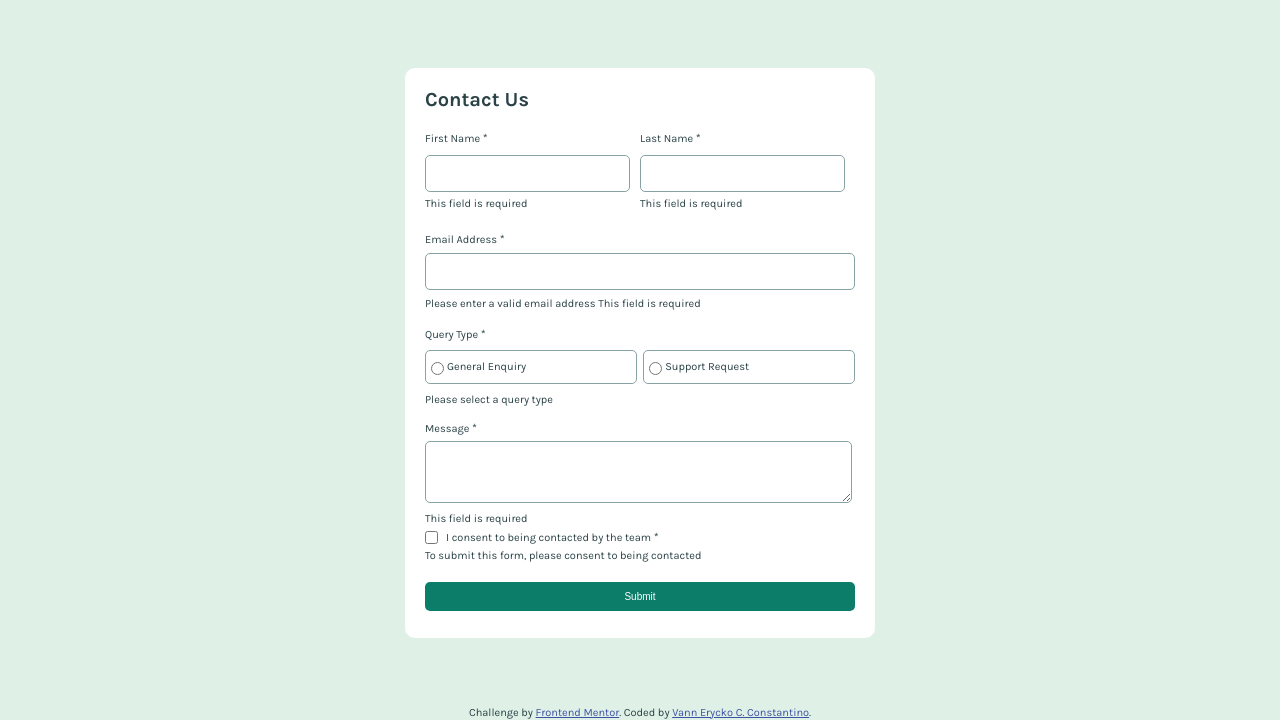
Repository: kocokoy/contact-form
Page: contact-form-main/index.html
These files come from the project's save history. The page is drawn as it stood at one moment and after the next save; the edit follows.
The browser window is 1280 px wide. The pictures show the whole page.

Above is the page before, as saved 2024-10-24 16:03:19.

### contact-form-main/index.html
<!DOCTYPE html>
<html lang="en">
<head>
  <meta charset="UTF-8">
  <meta name="viewport" content="width=device-width, initial-scale=1.0"> <!-- displays site properly based on user's device -->

  <link rel="icon" type="image/png" sizes="32x32" href="./assets/images/favicon-32x32.png">
  <link rel="stylesheet" href="/contact-form-main/styles/style.css">
  <link rel="preconnect" href="https://fonts.googleapis.com">
  <link rel="preconnect" href="https://fonts.gstatic.com" crossorigin>
  <link href="https://fonts.googleapis.com/css2?family=Karla:ital,wght@0,200..800;1,200..800&family=Red+Hat+Text:ital,wght@0,300..700;1,300..700&display=swap" rel="stylesheet">
  <title>Frontend Mentor | Contact form</title>

  <!-- Feel free to remove these styles or customise in your own stylesheet 👍 -->
  <style>
    .attribution { font-size: 11px; text-align: center; }
    .attribution a { color: hsl(228, 45%, 44%); }
  </style>
</head>
<body>
  <div class="container">
    <div class="contact-form-card">
      <h1 class="contact-us-header">
        Contact Us
      </h1>
      <div class="name-section">
        <div class="first-name-section">
          <p>
            First Name
            <span>*</span>
          </p>
          <input type="text" name="" id="">
          <p>
            This field is required
          </p>
        </div>
        <div class="last-name-section">
          <p>
            Last Name
            <span>*</span>
          </p>
          <input type="text" name="" id="">
          <p>
            This field is required
          </p>
        </div>
      </div>
      <div class="email-section">
        <p>Email Address  <span>*</span></p>
        <input type="text">
        <p>Please enter a valid email address
          This field is required</p>
      </div>
      <div class="query-type-section">
        <p>Query Type  <span>*</span></p>
        <div class="radio-query-type-section">
          <div class="general-radio-query-type-section">
            <input type="radio">
            General Enquiry
          </div>
          <div class="support-radio-query-type-section">
            <input type="radio">
            Support Request
          </div>
        </div>
        <p>Please select a query type</p>
      </div>
      <div class="message-section">
        <p>Message  <span>*</span></p>
        <textarea name="message-section-text-area" id=""></textarea>
        <p>This field is required</p>
      </div>
      <div class="consent-section">
        <div>
          <input type="checkbox" id="custom-checkbox">
          <!-- <span class="custom-checkbox"></span> -->
          <label for="custom-checkbox">I consent to being contacted by the team  <span>*</span></label>
        </div>
        <p> To submit this form, please consent to being contacted</p>
      </div>
      <div class="submit-btn-section">
        <button>
          Submit
        </button>
      </div>
    </div>
  </div>




  <!-- Message Sent!
  Thanks for completing the form. We'll be in touch soon! -->

  <div class="attribution">
    Challenge by <a href="https://www.frontendmentor.io?ref=challenge">Frontend Mentor</a>.
    Coded by <a href="#">Vann Erycko C. Constantino</a>.
  </div>
</body>
</html>

### contact-form-main/styles/style.css
:root{
  /* Primary */
  --Green200: hsl(148, 38%, 91%);
  --Green600: hsl(169, 82%, 27%);
  --Red:hsl(0, 66%, 54%);

  --White: hsl(0, 0%, 100%);
  --Grey500: hsl(186, 15%, 59%);
  --Grey900: hsl(187, 24%, 22%);
}

body{
  padding: 0;
  margin: 0;
  background-color: var(--Green200);
  font-family: Karla;
  font-size: 11px;
  font-weight: 400;
  color: var(--Grey900);
}

span {
  font-size: 12px;
}

.container{
  display: flex;
  align-items: center;
  justify-content: center;
  height: 98vh;
}

.contact-form-card{
  display: flex;
  flex-direction: column;
  border: 1px var(--Grey500);
  background-color: var(--White);
  height: 530px;
  width: 430px;
  border-radius: 10px;
  padding: 20px;
}

.contact-us-header{
  padding: 0;
  margin: 0;
  font-weight: 700;
  font-size: 20px;
  color: var(--Grey900);
}

.name-section{
  display: flex;
  flex-direction: row;
  justify-content: space-between;
  padding-top: 15px;
}

.name-section p{
  margin: 5px 0;
  padding-bottom: 5px;
}

.name-section input{
 border: 1px solid var(--Grey500);
 border-radius: 5px;
 padding: 10px 13px;
 outline: none;
}

.first-name-section, .last-name-section{
  width: 100%;
}

.name-section input:focus{
  border-color: var(--Green600);
}

.name-section input:hover{
  cursor: pointer;
  border-color: var(--Green600);
  transition: 0.3s;
}

.email-section{
  padding-top: 5px;
  display: flex;
  flex-direction: column;
}

.email-section p{
  margin:0;
  padding: 7px 0;
}

.email-section input{
  padding: 10px 13px;
  border-radius: 5px;
  border: 1px solid var(--Grey500);
  outline: none;
}

.email-section input:focus{
  border-color: var(--Green600);
}


.email-section input:hover{
  cursor: pointer;
  border-color: var(--Green600);
  transition: 0.3s;
}

.query-type-section{
  padding-top: 1px;
  display: flex;
  flex-direction: column;
}

.query-type-section p{
  padding: 9px 0;
  margin: 0;
}

.query-type-section .radio-query-type-section{
  display: flex;
  flex-direction: row;
  justify-content: space-between;
}

.general-radio-query-type-section ,.support-radio-query-type-section{
  display: flex;
  flex-direction: row;
  align-items: center;
  height: 32px;
  border-radius: 5px;
  border: 1px solid var(--Grey500);
  width: 48.8%;
}

/* .consent-section input[type="checkbox"]:checked{
  background-color: hsl(169, 82%, 27%);
} */


.message-section{
  height: 120px;
}

.message-section p{
 padding: 0;
 margin: 0;
 padding: 6px 0;
}

.message-section textarea{
 width: 98%;
 height: 55%;
 border-radius: 5px;
 border: 1px solid var(--Grey500);
 font-size: 13px;
 outline: none;
}

.consent-section{
  display: flex;
  flex-direction: column;
  padding: 13px 0 13px 0;

}

.consent-section p{
  padding: 0;
  margin: 5px 0 0 0;
}

.consent-section input{
  margin: 0 8px 0 0;
}

.consent-section label{
  cursor: pointer;
}

.consent-section div{
  display: flex;
  flex-direction: row;
  justify-content: start;
  align-items: center;
  padding: 0;
}

.submit-btn-section{
  display: flex;
  justify-content: center;
  align-items: center;
  height: 50px;
}

.submit-btn-section button{
  width: 100%;
  height: 70%;
  border: 1px var(--Green600);
  color: var(--White);
  background-color: var(--Green600);
  border-radius: 5px;
  font-size: 10px;
  cursor: pointer;
  transition: 0.2s;
}

.submit-btn-section button:hover{
  background-color: var(--Grey900);

}

After the next save:
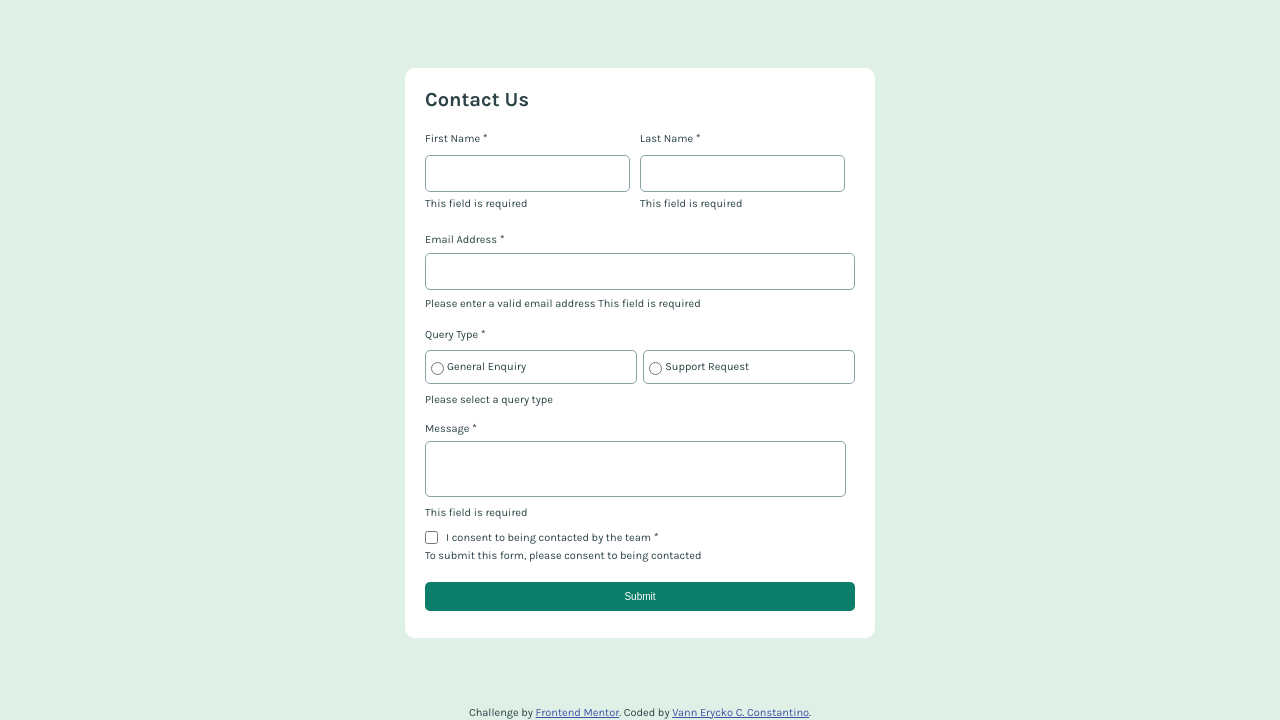
Saved 76 s later.
--- a/contact-form-main/styles/style.css
+++ b/contact-form-main/styles/style.css
@@ -159,6 +159,8 @@
  border-radius: 5px;
  border: 1px solid var(--Grey500);
  font-size: 13px;
+ resize: none; /* Disable resizing */
+ box-sizing: border-box;
  outline: none;
 }
 

After the save that followed:
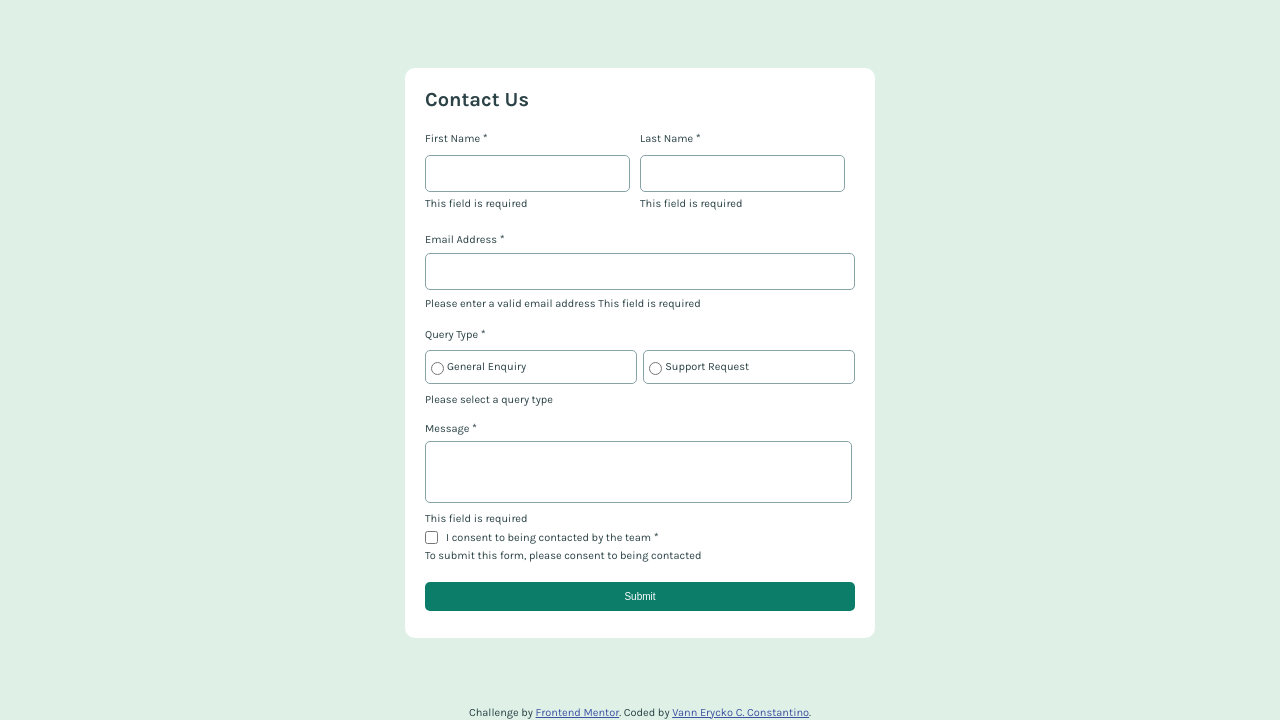
Saved 6 s later.
--- a/contact-form-main/styles/style.css
+++ b/contact-form-main/styles/style.css
@@ -160,7 +160,7 @@
  border: 1px solid var(--Grey500);
  font-size: 13px;
  resize: none; /* Disable resizing */
- box-sizing: border-box;
+ /* box-sizing: border-box;  */
  outline: none;
 }
 
